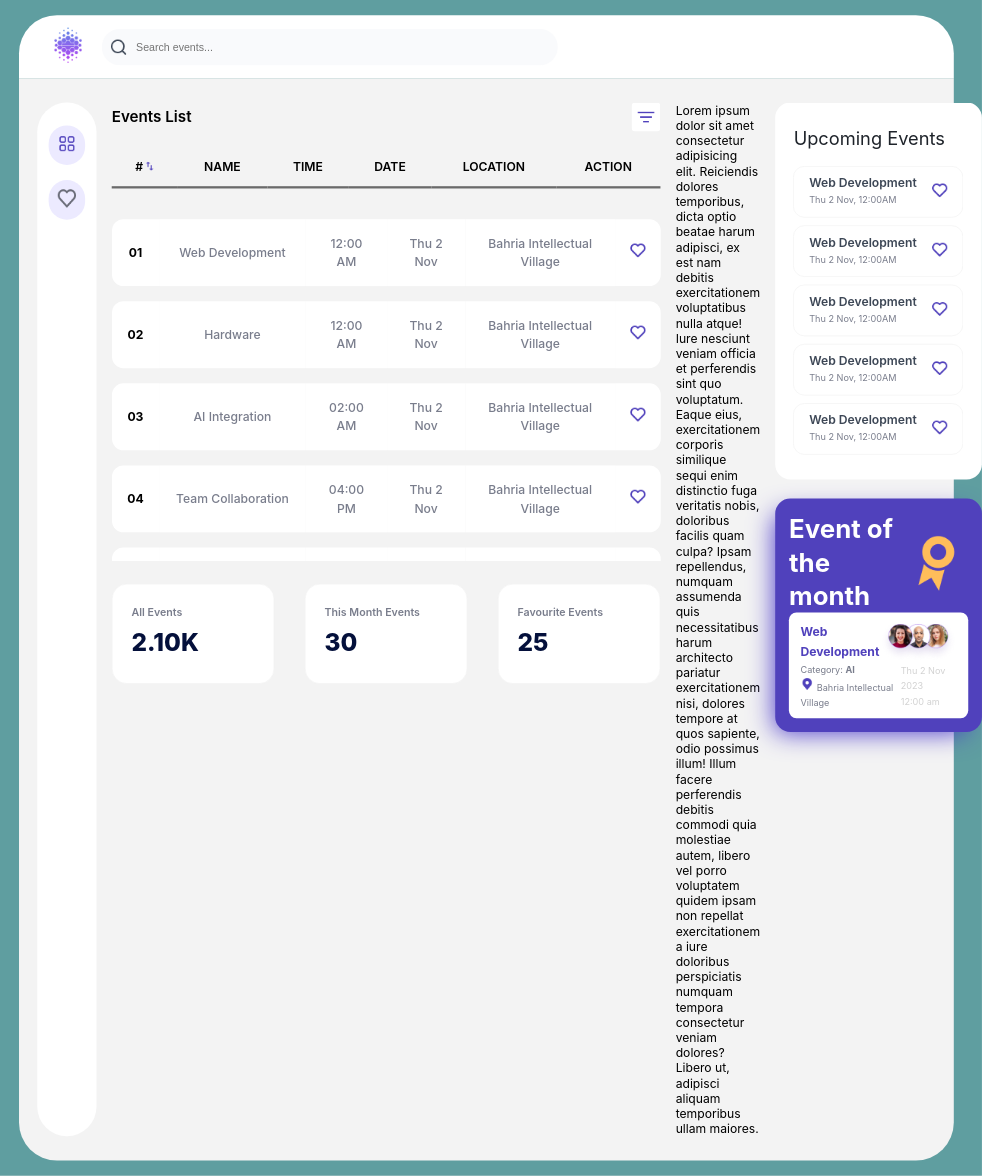
Repository: ahmadunitedsol710/react-dashboard
Page: /, after clicking the first element matching `tr.body_row`
These files come from the project's save history. The page is drawn as it stood at one moment and after a run of saves; the edit follows.
The browser window is 1280 px wide. The page is 1292 px wide, so the pictures cover 1292 px, including what lies to the right of the window. The pictures show the whole page, at 76% of full size.
An inner scrolling area shows only its first screen. The project was rebuilt for these pictures with package versions that can differ from the ones it lists, and the page was loaded fresh each time.

Above is the page before, as saved 2024-08-01 17:00:23.

After the next 2 saves:
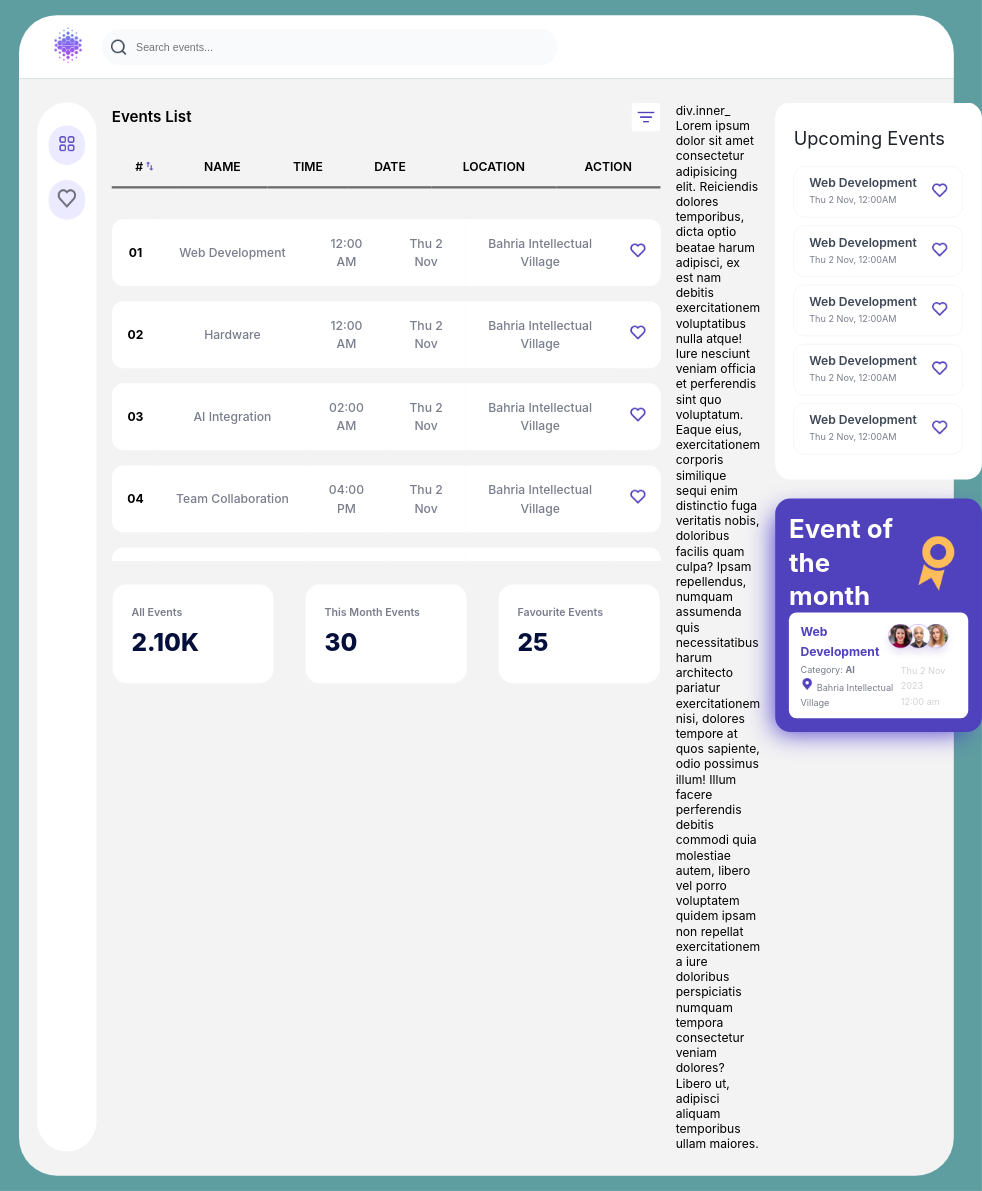
The 2 saves are shown as one change because they came seconds apart.
The last was saved 10 s later.
--- a/src/Components/Body/Detailpopup.js
+++ b/src/Components/Body/Detailpopup.js
@@ -5,6 +5,7 @@
     return (
         <>
         <div className="detailpopup">
+            div.inner_
             Lorem ipsum dolor sit amet consectetur adipisicing elit. Reiciendis dolores temporibus, dicta optio beatae harum adipisci, ex est nam debitis exercitationem voluptatibus nulla atque! Iure nesciunt veniam officia et perferendis sint quo voluptatum. Eaque eius, exercitationem corporis similique sequi enim distinctio fuga veritatis nobis, doloribus facilis quam culpa? Ipsam repellendus, numquam assumenda quis necessitatibus harum architecto pariatur exercitationem nisi, dolores tempore at quos sapiente, odio possimus illum! Illum facere perferendis debitis commodi quia molestiae autem, libero vel porro voluptatem quidem ipsam non repellat exercitationem a iure doloribus perspiciatis numquam tempora consectetur veniam dolores? Libero ut, adipisci aliquam temporibus ullam maiores.
         </div>
         </>

After the save that followed:
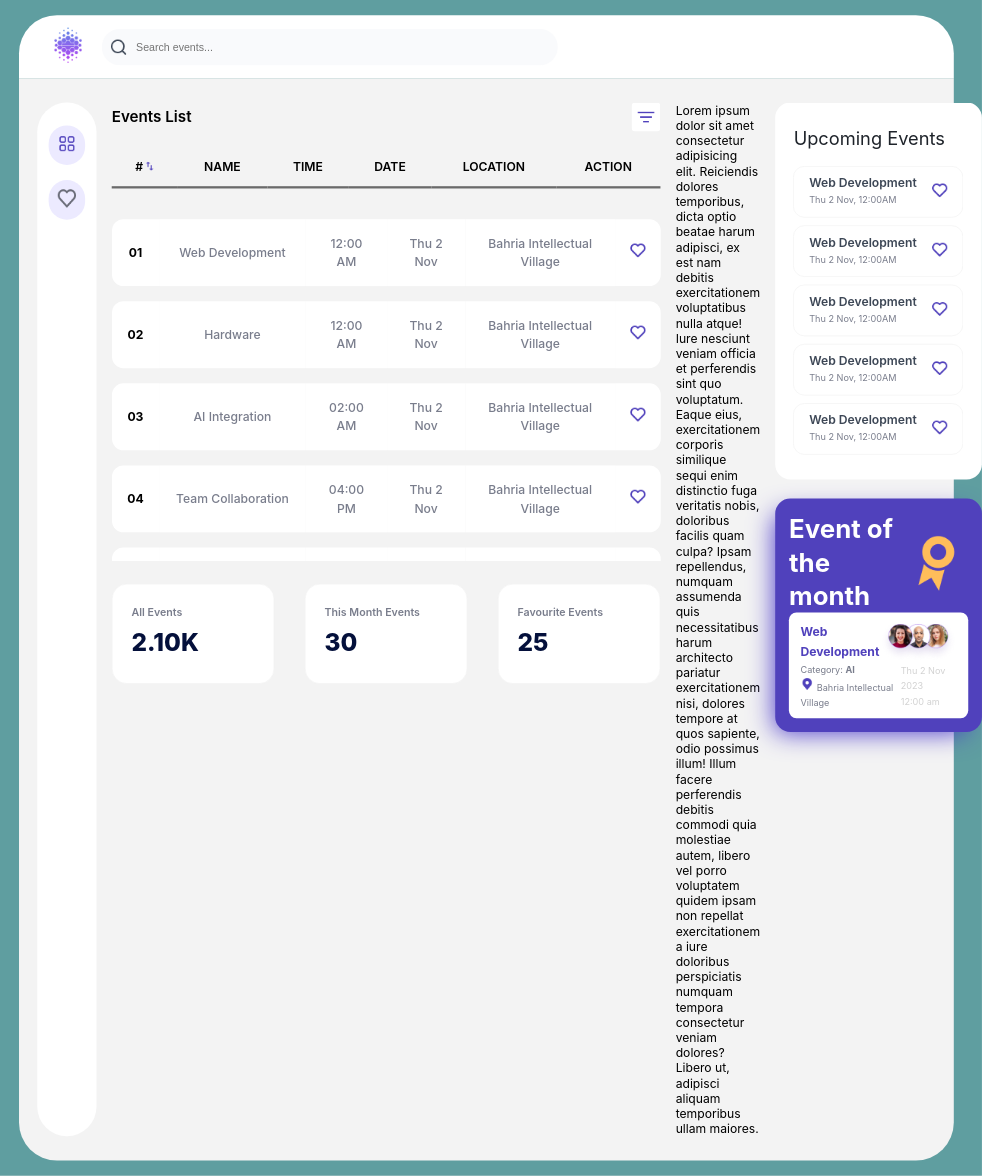
Saved 11 s later.
--- a/src/Components/Body/Detailpopup.js
+++ b/src/Components/Body/Detailpopup.js
@@ -5,7 +5,9 @@
     return (
         <>
         <div className="detailpopup">
-            div.inner_
+            <div className="inner_detail">
+
+            </div>
             Lorem ipsum dolor sit amet consectetur adipisicing elit. Reiciendis dolores temporibus, dicta optio beatae harum adipisci, ex est nam debitis exercitationem voluptatibus nulla atque! Iure nesciunt veniam officia et perferendis sint quo voluptatum. Eaque eius, exercitationem corporis similique sequi enim distinctio fuga veritatis nobis, doloribus facilis quam culpa? Ipsam repellendus, numquam assumenda quis necessitatibus harum architecto pariatur exercitationem nisi, dolores tempore at quos sapiente, odio possimus illum! Illum facere perferendis debitis commodi quia molestiae autem, libero vel porro voluptatem quidem ipsam non repellat exercitationem a iure doloribus perspiciatis numquam tempora consectetur veniam dolores? Libero ut, adipisci aliquam temporibus ullam maiores.
         </div>
         </>
